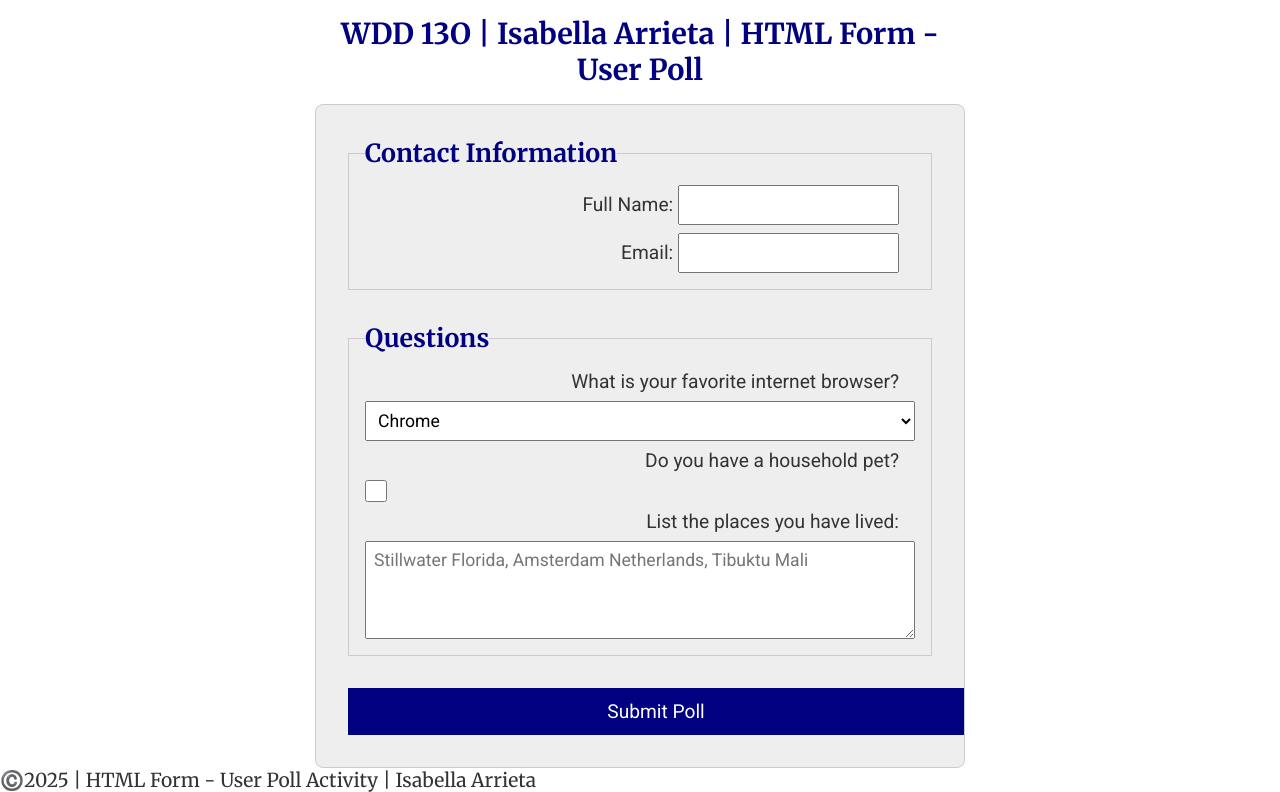
Repository: isaAJ05/wdd130
Page: week05/poll-form.html
These files come from the project's save history. The page is drawn as it stood at one moment and after the next save; the edit follows.
The browser window is 1280 px wide. The pictures show the whole page.
The pointer rests on the first visible `button`.

Above is the page before, as saved 2025-06-14 18:45:31.

After the next save:
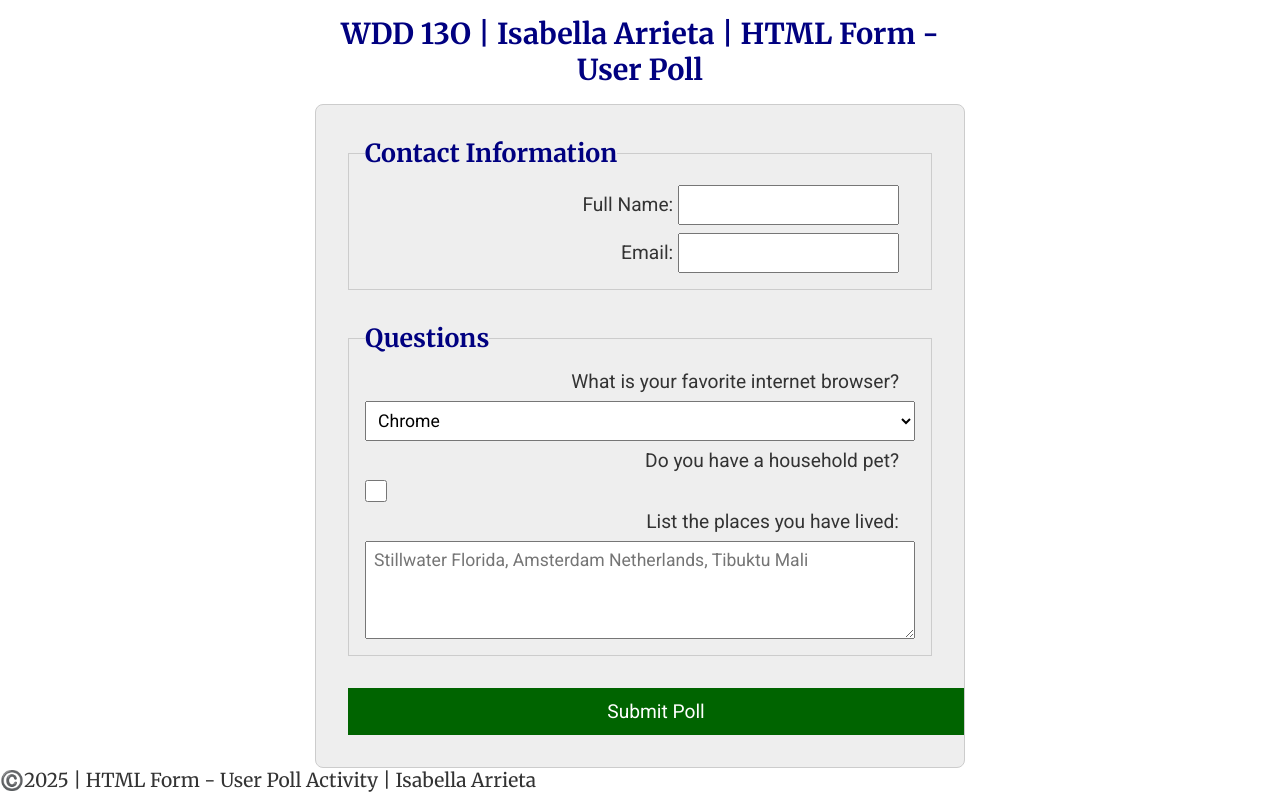
Saved 4 s later.
--- a/week05/styles/poll-form.css
+++ b/week05/styles/poll-form.css
@@ -66,5 +66,5 @@ button{
     font-size: 1.2rem;
 }
 button:hover {
-    background-color: dar;
+    background-color: darkgreen;;
 }
